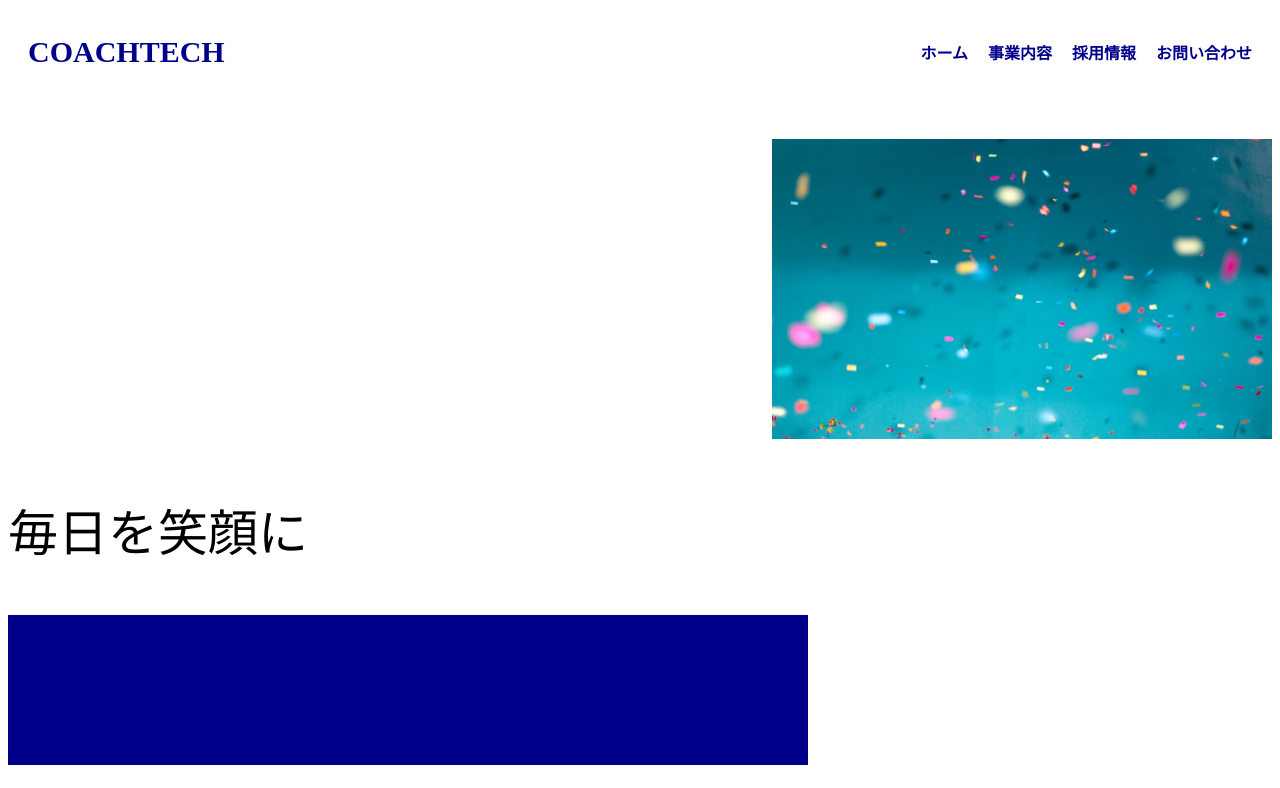
Repository: moro-ayu3/20230213_morohoshi
Page: index.html
An editor plug-in stored every save of this project. The page is shown before and after a run of saves, followed by the edit.
The browser window is 1280 px wide. The pictures show the whole page.

Above is the page before, as saved 2023-02-14 21:40:47.

### index.html
<!DOCTYPE html>
<html lang="ja">

  <head>
    <meta charset="UTF-8" />
    <meta name="viewport" content="width=device-width, initial-scale=1.0" />
    <title>css演習問題</title>
    <link rel="stylesheet" href="./style.css">
  </head>

  <body>
   <div class="homepage">
    <header class="header">
     <h1 class="header-ttl">
     COACHTECH
     </h1>
     <ul class="header-list">
      <li class="header-item">ホーム</li><li class="header-item">事業内容</li><li class="header-item">採用情報</li><li class="header-item">お問い合わせ</li>
     </ul>
    </header>
   <main>
     <div class="relative-img">
      <img src="img/firstview.jpeg" width="500" height="300"alt="firstview">
     </div>
     <div class="flex">
      <p class="main-ttl">毎日を笑顔に</p>
      <div class="absolute-blue-box"></div>
     </div>
    </main>
   </div>
  </body>

</html>

### style.css
.homepage {
  width: 100%;
}

.header {
  display: flex;
  justify-content: space-between;
  align-items: center;
  margin-top: 15px;
  color: #00008b;
}

.header-ttl {
  font-size: 30px;
  margin-left: 20px;
}

.header-list {
  display: flex;
  font-weight: bold;
  list-style: none;
}

.header-item {
  margin-right: 20px;
}

.relative-img {
  width: ;
  margin-top: 50px;
  text-align: right;
  z-index: 10;
}

.img {
  width: 100%;
  height: auto;
}


.flex {
  display: flex;
  flex-direction: column;
}

.main-ttl {
  color: black;
  font-size: 50px;
  text-align: justify;
}

.absolute-blue-box {
  width: 800px;
  height: 150px;
  margin-bottom: 15px;
  z-index: 0;
  background-color: #00008b;
}

After the next 3 saves:
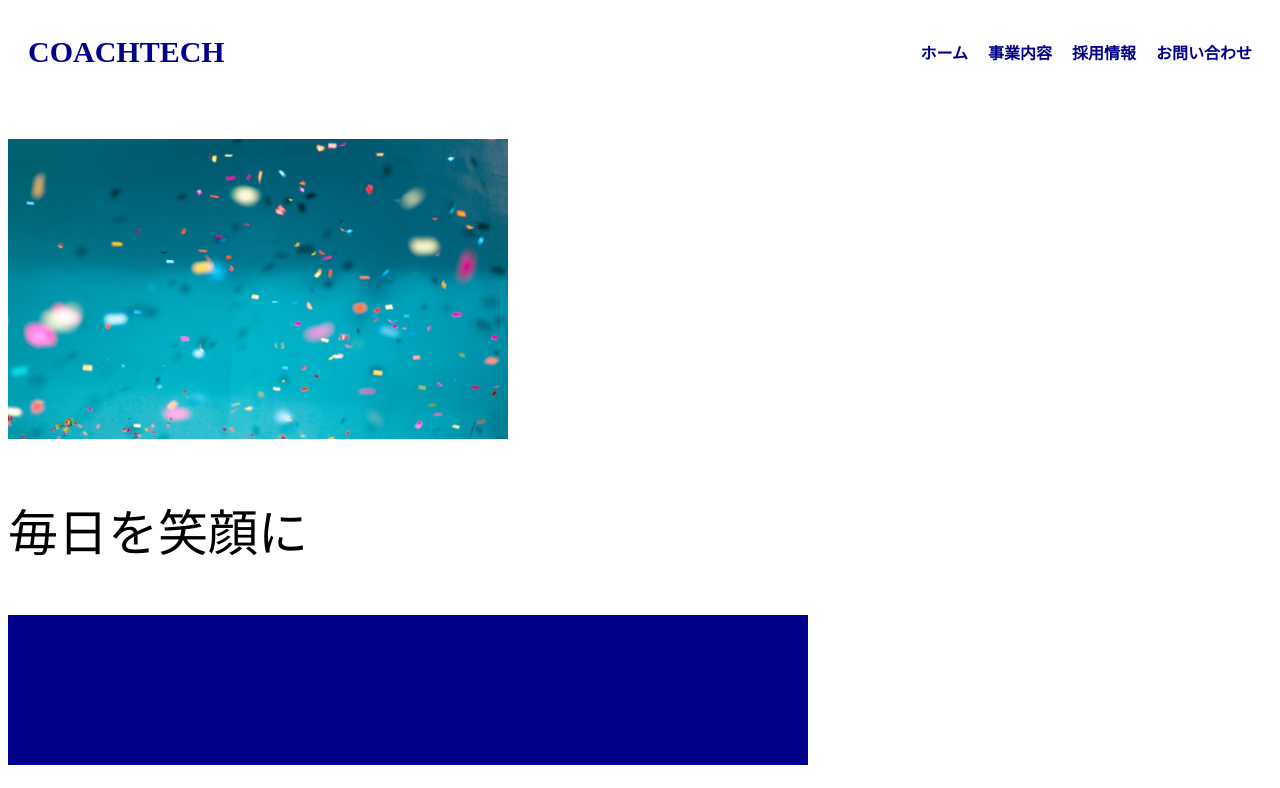
The 3 saves are shown as one change because they came seconds apart.
The last was saved 10 s later.
--- a/style.css
+++ b/style.css
@@ -26,7 +26,7 @@
 }
 
 .relative-img {
-  width: ;
+  width: 500px;
   margin-top: 50px;
   text-align: right;
   z-index: 10;
